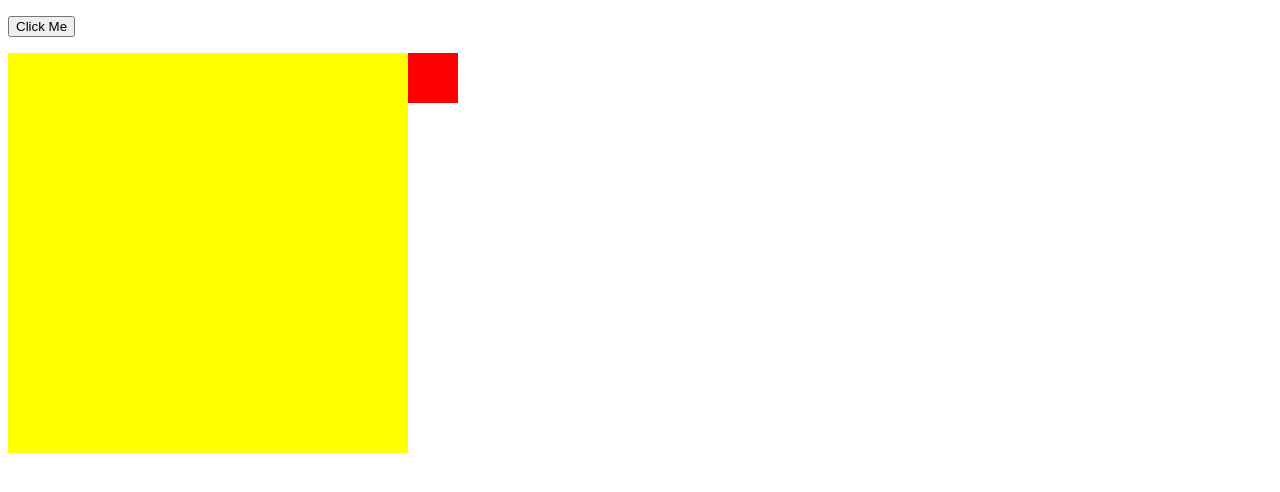
Repository: jcohenp/DI_Exercises
Page: W3/D3/normal/ex_1/index.html
An editor plug-in stored every save of this project. The page is shown before and after the next save, followed by the edit.
The browser window is 1280 px wide. The pictures show the whole page.
After loading, the first visible `button` was clicked once.

Above is the page before, as saved 2020-08-25 15:25:38.

After the next save:
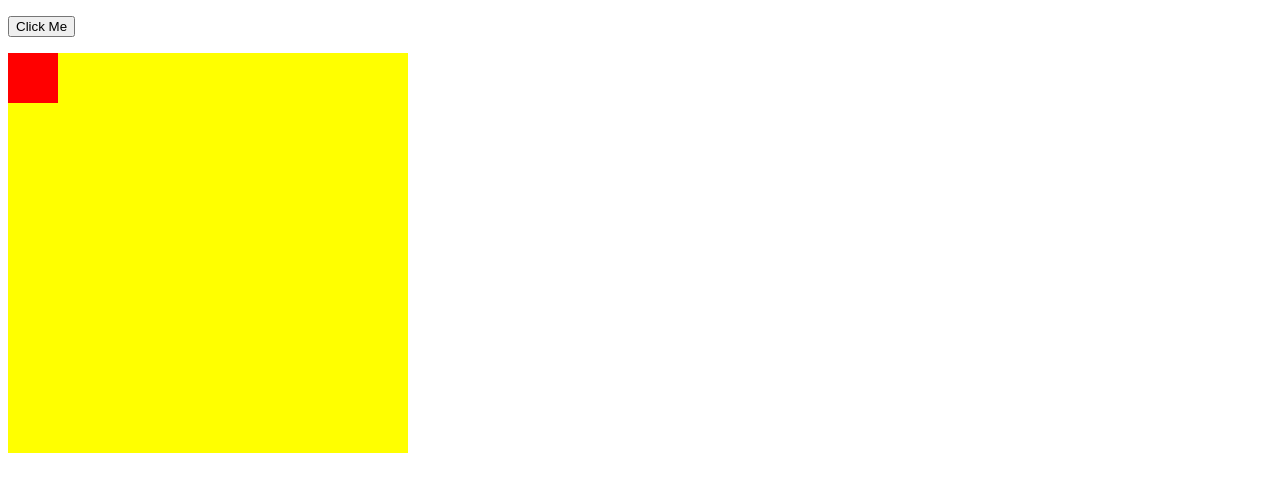
Console error: SyntaxError: Invalid left-hand side in assignment
Saved 18 s later.
--- a/W3/D3/normal/ex_1/js/script.js
+++ b/W3/D3/normal/ex_1/js/script.js
@@ -9,7 +9,7 @@
     var id = setInterval(frame, 5);
 
     function frame() {
-        if (pos == 100) {
+        if (pos == 100 = box.style.width) {
             clearInterval(id);
         } else {
             pos += speed;

After the save that followed:
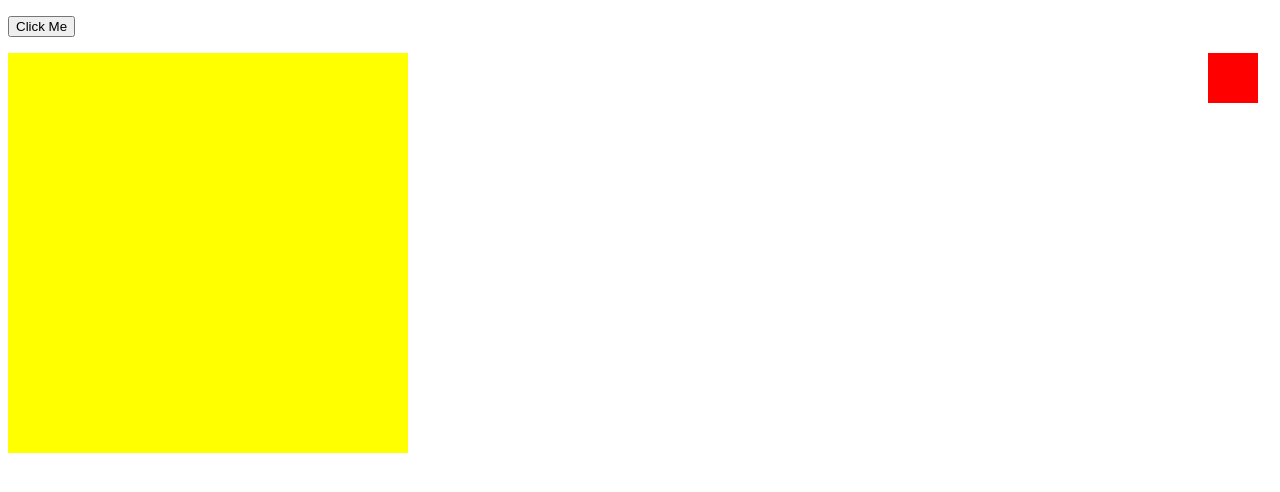
The error is gone.
Saved 4 s later.
--- a/W3/D3/normal/ex_1/js/script.js
+++ b/W3/D3/normal/ex_1/js/script.js
@@ -9,7 +9,7 @@
     var id = setInterval(frame, 5);
 
     function frame() {
-        if (pos == 100 = box.style.width) {
+        if (pos == 100 - box.style.width) {
             clearInterval(id);
         } else {
             pos += speed;
